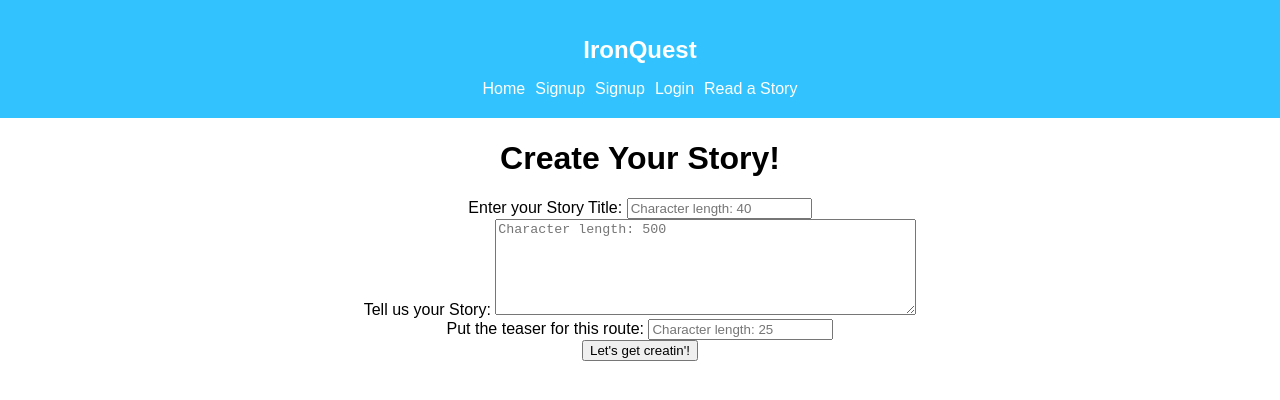
Repository: MikeTroianello/project4
Page: /createstory (app in client/)
An editor plug-in stored every save of this project. The page is shown before and after the next save, followed by the edit.
The browser window is 1280 px wide. The pictures show the whole page.
The project was rebuilt for these pictures with package versions that can differ from the ones it lists, and the page was loaded fresh each time. Also part of the build but not shown: client/src/components/pages/StoryPage.jsx, client/src/components/pages/ReadStory.jsx, client/src/components/pages/Home.jsx, client/src/components/pages/Login.jsx, client/src/components/pages/Signup.jsx.

Above is the page before, as saved 2019-03-21 13:38:19.

After the next save:
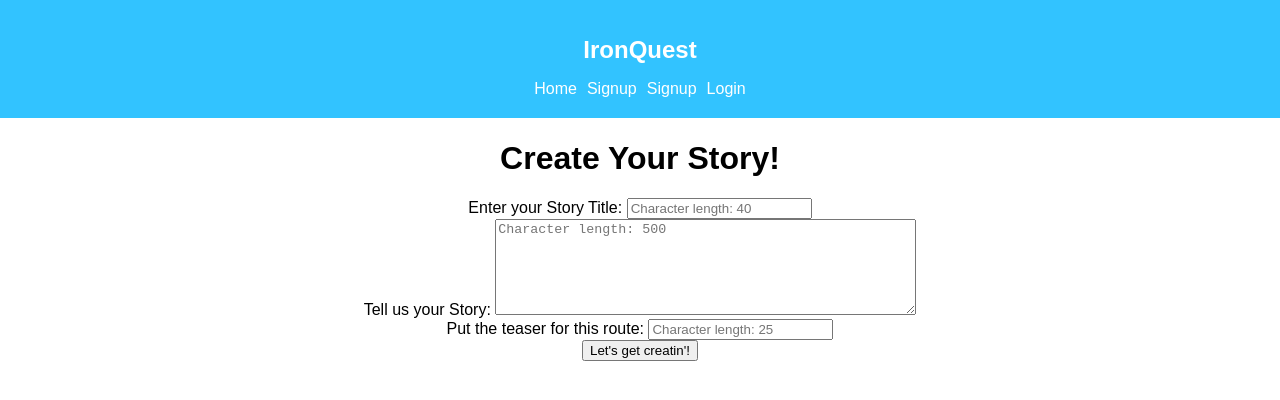
Saved 14 s later.
--- a/client/src/components/App.jsx
+++ b/client/src/components/App.jsx
@@ -44,7 +44,7 @@ export default class App extends Component {
           {!api.isLoggedIn() && <NavLink to="/signup">Signup</NavLink>}
           {!api.isLoggedIn() && <NavLink to="/login">Login</NavLink>}
           {api.isLoggedIn() && <Link to="/" onClick={(e) => this.handleLogoutClick(e)}>Logout</Link>}
-          <NavLink to="/readstory">Read a Story</NavLink>
+          {/* <NavLink to="/readstory">Read a Story</NavLink> */}
         </header>
         <Switch>
 
